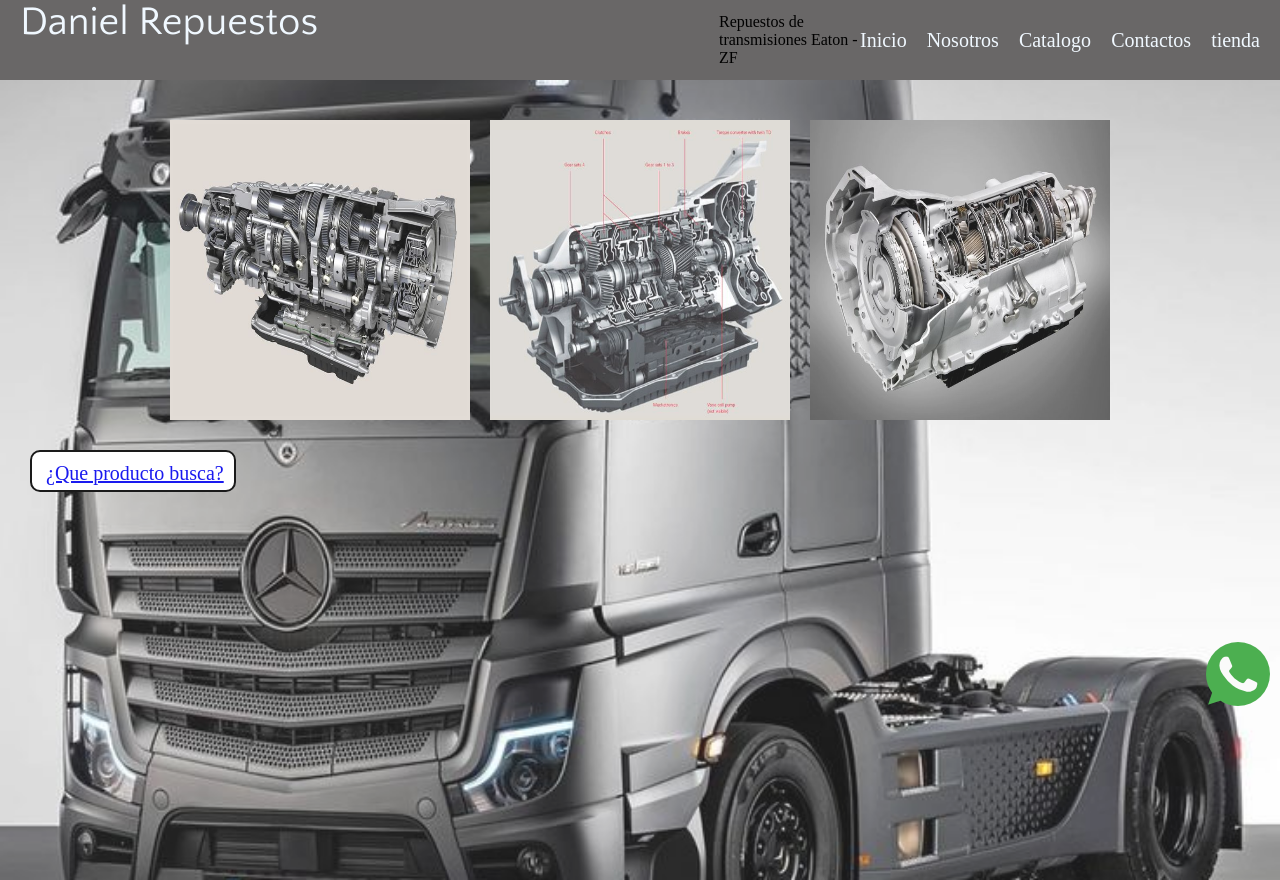
Repository: minesterani/proyecto-caja
Page: pages/tienda.html
These files come from the project's save history. The page is drawn as it stood at one moment and after the next save; the edit follows.
The browser window is 1280 px wide. The pictures show the whole page.

Above is the page before, as saved 2024-09-30 10:33:56.

### pages/tienda.html
<!DOCTYPE html>
<html lang="en">
<head>
    <meta charset="UTF-8">
    <meta name="viewport" content="width=device-width, initial-scale=1.0">
    <title>Document</title>
    <link rel="preconnect" href="https://fonts.googleapis.com">
<link rel="preconnect" href="https://fonts.gstatic.com" crossorigin>
<link href="https://fonts.googleapis.com/css2?family=Quattrocento+Sans:ital,wght@0,400;0,700;1,400;1,700&display=swap" rel="stylesheet">
    <link rel="stylesheet" href="../css/style.css">
</head>
<body>
   <header class="header-tienda">
    <h1>Daniel Repuestos</h1>
    Repuestos de transmisiones Eaton - ZF
    </h1>
    <nav>
        <ul class="navtienda">
            <li><a href="../index.html">Inicio</a></li>
            <li><a href="./nosotros.html">Nosotros</a></li>
            <li><a href="./catalogo.html">Catalogo</a></li>
                <li><a href="./contactos.html">Contactos</a></li>
            <li><a href="#">tienda</a></li>
        </ul>
    </nav>

   </header>
   <main>
    <section class="section-tienda">
        <div class="contenedor-tienda">
            <img src="../assets/img/caja 2.jpg" alt="caja 2" style="width: 300px; height: 300px;">
            <img src="../assets/img/caja.jpg" alt="caja 3" style="width: 300px; height: 300px;">
            <img src="../assets/img/Transmisiones de toyota.jpeg" alt="transmicion" style="width: 300px; height: 300px;">
        </div>
        <a href="#" class="boton">¿Que producto busca?</a>
    </section>

   </main>
   <footer>
    <a class="whatsapp-tienda"href="https://wa.me/3416513963" target="_blank">
        <img src="../assets/img/whatsapp.png" alt="">
    </a>
   </footer>
</body>
</html>

### css/style.css
/* Estilo global */
* {
    margin: 0;
    padding: 0;
    box-sizing: border-box;
}

h1 {
    background-color: rgb(105, 103, 103);
    width: 100%;
    height: 80px;
    font-size: 40px;
    color: aliceblue;
    font-family: "Quattrocento Sans", sans-serif;
    font-weight: 400;
    font-style: normal;
}

/* Header */
.header-index, .header-tienda, .header-catalogo, .header-contactos, .header-nosotros {
    display: flex;
    width: 100%;
    flex-direction: row;
    background-color: rgb(105, 103, 103);
    justify-content: space-between;
    align-items: center;
    padding: 0px 20px;
    position: sticky;
    top: 0;
}

/* Navegación */
.navBar, .navtienda, .nav-catalogo, .nav-Contactos, .navNos {
    display: flex;
    list-style-type: none;
    gap: 20px;
}

.navBar li a, .navtienda li a, .nav-catalogo li a, .nav-Contactos li a, .navNos li a {
    text-decoration: none;
    color: aliceblue;
    font-size: 20px;
}

/* Sección Principal */
.section-principal {
    background-color: lightblue;
    width: 100%;
    height: 25rem;
    background-image: url("../assets/img/mercedes gris.jpeg");
    background-position: center;
    background-size: cover;
    background-repeat: no-repeat;
}

/* Botón */
.boton {
    background-color: white;
    font-size: 1.25rem;
    padding: 10px 10px 5px 14px;
    border-width: 2px;
    border-style: solid;
    border-color: black;
    border-radius: 10px;
    position: fixed;
    margin: 10px;
}
.grid {
    display: grid;
    grid-template-columns: repeat(8, 1fr); /* 8 columnas iguales */
    gap: 10px; /* Espacio entre las imágenes */
    width: 100%;
    padding: 0;
    margin: 0;
}

.grid img {
    width: 100%;
    height: 200px; /* Ajusta la altura según sea necesario */
    object-fit: cover; /* Las imágenes se ajustarán sin deformarse */
}

/* Sección de Contactos */
.section-contactos, .section-tienda, .section-catalogos, .section-nosotros {
    background-color: lightblue;
    width: 100%;
    height: 25rem;
    background-image: url("../assets/img/mercedes gris.jpeg");
    background-position: center;
    background-size: cover;
    background-repeat: no-repeat;
    opacity: 0.3;
}

.section-nosotros {
    position: relative;
    padding: 50px;
    background-image: url("../assets/img/mercedes\ gris.jpeg");
    background-size: cover;
    background-position: center;
    background-repeat: no-repeat;
    opacity: 0.7;
    color: white;
    font-family: "Quattrocento Sans", sans-serif;
    height: auto;
}

.container-nosotros {
    display: flex;
    justify-content: space-between;
    align-items: flex-start;
    max-width: 1200px;
    margin: 0 auto;
    overflow: hidden;
}

.texto-nosotros {
    width: 55%;
    padding: 20px;
    background-color: rgba(0, 0, 0, 0.5);
    border-radius: 10px;
    color: white;
    overflow: hidden;
}

.texto-nosotros h2 {
    margin-bottom: 20px;
    font-size: 2.5rem;
}

.texto-nosotros p {
    margin-bottom: 15px;
    font-size: 1.2rem;
    line-height: 1.6;
}

.imagenes-nosotros {
    width: 40%;
    display: flex;
    flex-direction: column;
    gap: 10px;
    align-items: flex-start;
}

.imagenes-nosotros img {
    width: 100%;
    height: auto;
    max-width: 300px;
    border-radius: 10px;
    object-fit: cover;
    overflow: hidden;

}
.section-tienda {
    background-color: lightblue;
    width: 100%; /* Ajusta el ancho según sea necesario */
    height: 50rem; /* Aumenta la altura del contenedor */
    padding: 20px;
    background-image: url("../assets/img/mercedes gris.jpeg");
    background-position: center;
    background-size: cover;
    background-repeat: no-repeat;
    opacity: 0.9;
}

.contenedor-tienda {
    display: flex;
    flex-wrap: wrap;
    justify-content: center;
    gap: 20px; /* Espacio entre las fotos */
    padding: 20px;
}

/* Sección Contactos */
.section-contactos {
    background-color: lightblue;
    width: 100%;
    padding: 50px 20px;
    background-image: url("../assets/img/mercedes gris.jpeg");
    background-position: center;
    background-size: cover;
    background-repeat: no-repeat;
    opacity: 0.9; /* Aumenta la opacidad para mejor visibilidad */
    color: black;
    height: auto; /* Altura automática según contenido */
}

.container-contactos {
    display: flex;
    justify-content: space-between;
    align-items: flex-start;
    max-width: 1200px; /* Ancho máximo del contenedor */
    margin: 0 auto; /* Centra el contenedor horizontalmente */
    gap: 20px; /* Espacio entre el mapa y los datos */
}

.mapa {
    flex: 1;
}

.mapa iframe {
    width: 100%;
    height: 400px; /* Ajusta la altura según lo necesites */
    border: none;
}

.datos-empresa {
    flex: 1;
    padding-left: 20px; /* Espacio a la izquierda de los datos */
    font-size: 1.25rem;
}

.datos-empresa h3 {
    margin-bottom: 15px;
    font-size: 2rem;
    font-weight: 700;
}

.datos-empresa p {
    margin-bottom: 15px;
    font-size: 1.5rem;
    line-height: 1.6;
}

/* Footer */
.footer-content {
    background-color: #f4f4f4;
    padding: 20px;
    margin-top: 0;
    clear: both;
}

.columns {
    display: flex;
    justify-content: space-between;
    align-items: flex-start;
    margin-bottom: 0;
    padding: 20px 0;
}

.left-column, .right-column {
    width: 48%;
}

.left-column iframe {
    width: 100%;
    height: 300px;
    border: 0;
}

.right-column {
    padding-left: 20px;
    text-align: center;
    padding-top: 20px;
}

.right-column h3, .right-column p {
    margin: 10px 0;
}

.footer-bottom {
    text-align: center;
    padding: 10px 0;
    border-top: 1px solid #ccc;
}

.footer-bottom p {
    margin: 5px 0;
}

/* Estilos específicos para WhatsApp */
.whatsapp, .whatsapp-contactos, .whatsapp-tienda, .whatsapp-nosotros, .whatsapp-catalogo {
    position: fixed;
    bottom: 10px;
    right: 10px;
}

/* Media Queries */
@media(max-width: 1024px) {
    .header-index, .header-tienda {
        justify-content: space-around;
    }
}

@media(max-width: 768px) {
    h1 {
        background-color: rgba(197, 193, 193, 0.555);
        height: 80px;
        font-size: 40px;
        padding: 10px;
    }

    .header-index, .header-tienda, .header-catalogo, .header-contactos, .header-nosotros {
        flex-direction: column;
        background-color: gray;
        font-size: 30px;
        padding: 10px;
        align-items: center;
        justify-content: center;
        gap: 30px;
    }

    .navBar, .navtienda, .nav-catalogo, .nav-Contactos, .navNos {
        padding-bottom: .875rem;
    }

    .navBar li a, .navtienda li a, .nav-catalogo li a, .nav-Contactos li a, .navNos li a {
        font-size: 1.5rem;
    }

    .section-principal, .section-tienda, .section-catalogos, .section-contactos, .section-nosotros {
        background-image: url("../assets/img/caja 2.jpg");
        background-size: 100% 100%;
    }

    .container-nosotros {
        flex-direction: column;
        align-items: center;
    }

    .imagenes-nosotros {
        width: 100%;
        display: flex;
        justify-content: center;
        flex-direction: column;
        gap: 15px;
    }

    .imagenes-nosotros img {
        max-height: 300px;
    }

    .texto-nosotros {
        width: 100%;
        text-align: center;
    }
    .mapa, .datos-empresa {
        width: 100%;
        padding: 0;
    }

    .datos-empresa {
        padding-left: 0;
        margin-top: 20px;
        text-align: center;
        font-size: 1.2rem; /* Mantiene el tamaño de fuente aumentado */
    }

}

@media(max-width: 425px) {
    .navBar, .navtienda, .nav-catalogo, .nav-Contactos, .navNos {
        flex-direction: column;
    }

    .grid {
        grid-template-columns: 1fr;
        grid-auto-rows: 200px;
        grid-template-areas:
            "img1"
            "img2"
            "img3"
            "img4"
            "img5"
            "img6"
            "img7"
            "img8";
    }

    .grid img {
        width: 100%;
        height: auto;
        object-fit: cover;
    }

    .columns {
        flex-direction: column;
        align-items: center;
    }

    .left-column, .right-column {
        width: 100%;
        padding: 0;
    }

    .right-column {
        padding-top: 20px;
    }
}

After the next save:
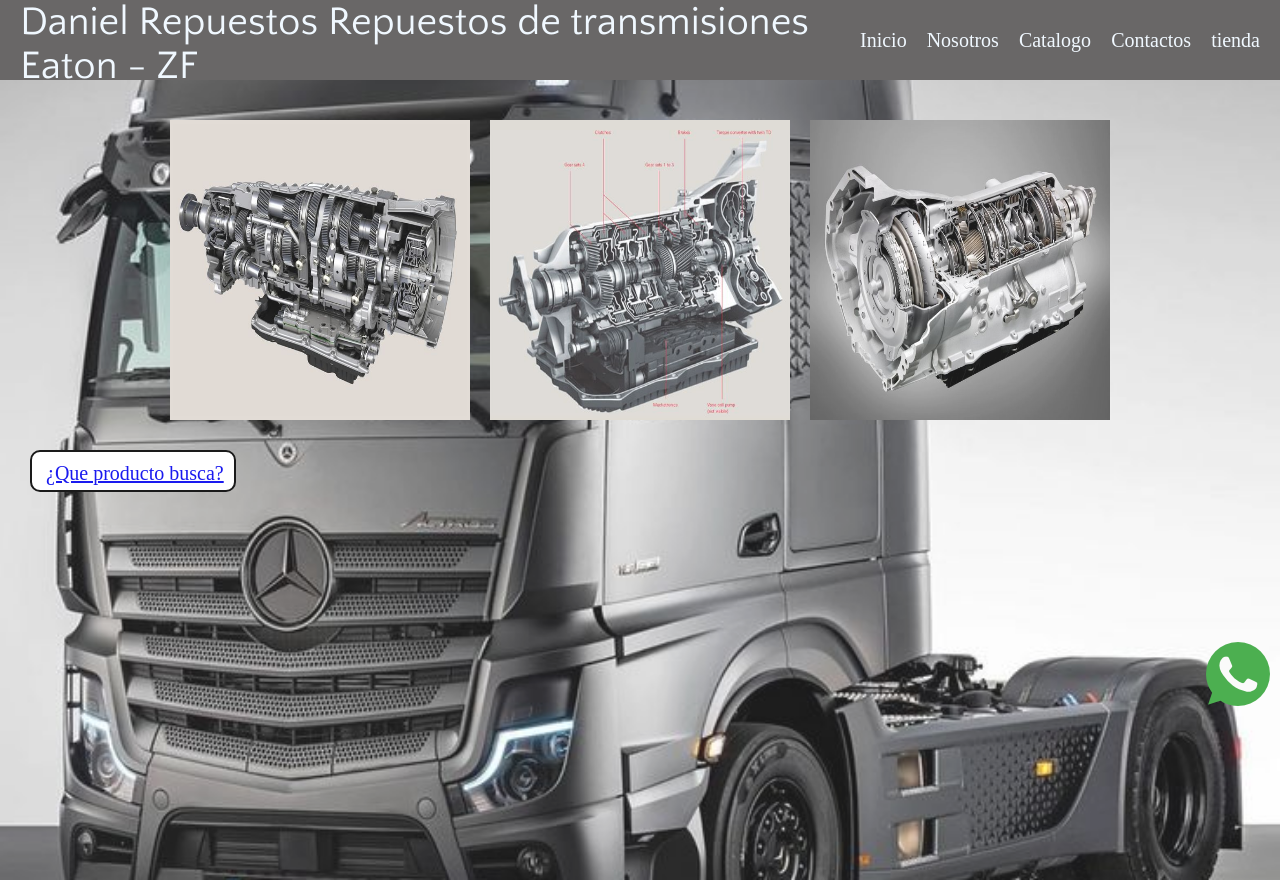
Saved 29 s later.
--- a/pages/tienda.html
+++ b/pages/tienda.html
@@ -11,7 +11,7 @@
 </head>
 <body>
    <header class="header-tienda">
-    <h1>Daniel Repuestos</h1>
+    <h1>Daniel Repuestos
     Repuestos de transmisiones Eaton - ZF
     </h1>
     <nav>
